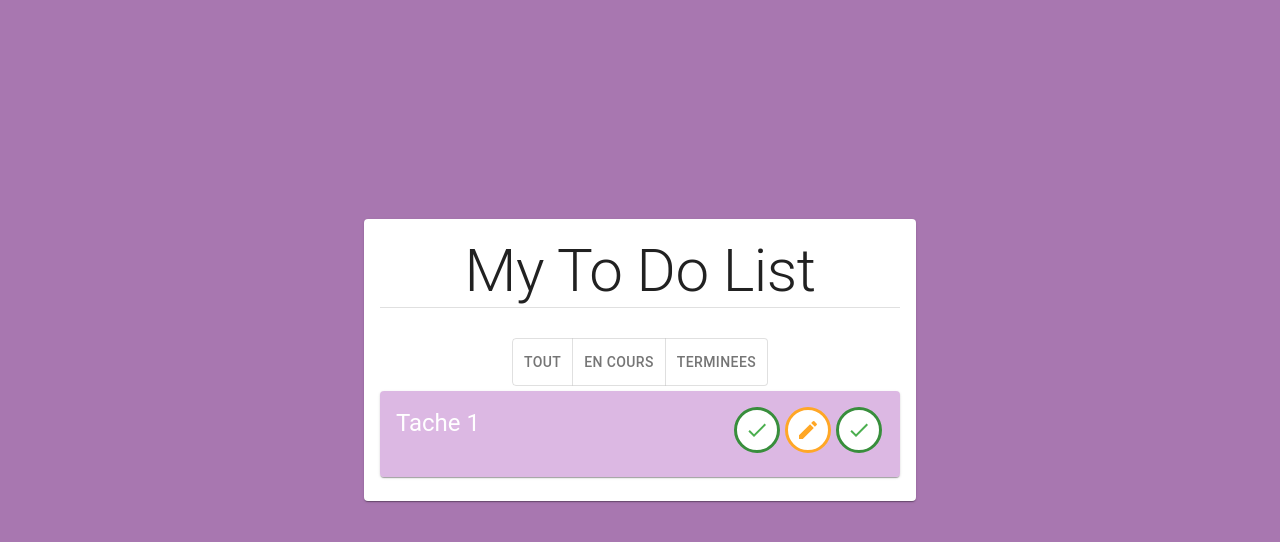
Repository: Fathiyasmine/Todo-list-project
Page: /
These files come from the project's save history. The page is drawn as it stood at one moment and after the next save; the edit follows.
The browser window is 1280 px wide. The pictures show the whole page.
The project was rebuilt for these pictures with package versions that can differ from the ones it lists, and the page was loaded fresh each time.

Above is the page before, as saved 2025-12-07 18:46:28.

After the next save:
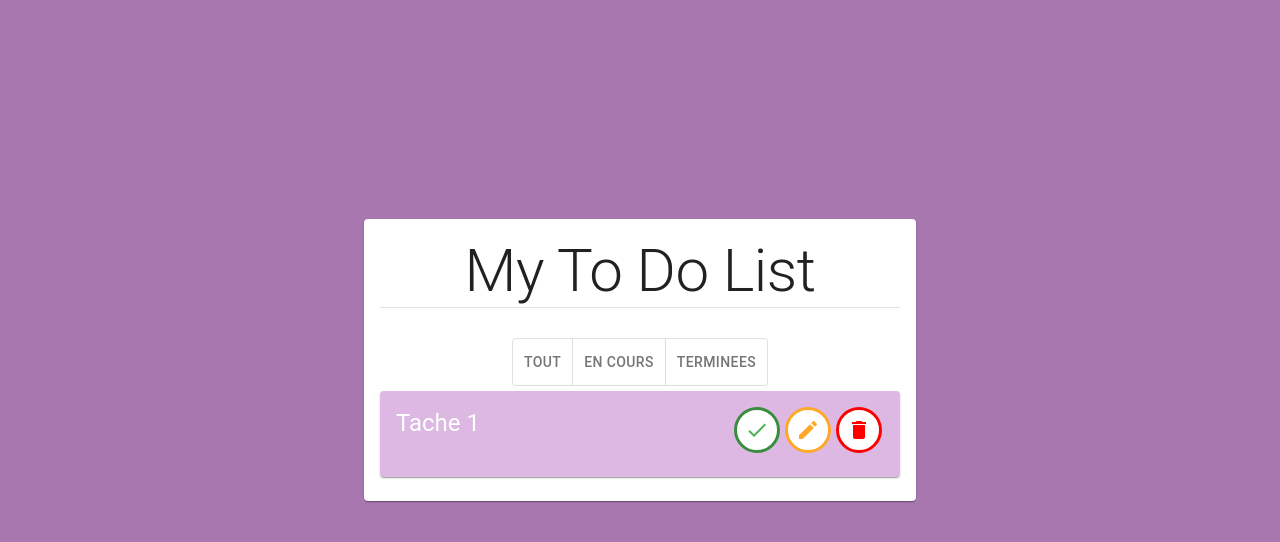
Saved 79 s later.
--- a/src/components/Todo.js
+++ b/src/components/Todo.js
@@ -2,6 +2,7 @@ import Card from "@mui/material/Card";
 import CardContent from "@mui/material/CardContent";
 import Typography from "@mui/material/Typography";
 import Grid from "@mui/material/Grid";
+//Icons:
 import CheckIcon from "@mui/icons-material/Check";
 import DeleteIcon from "@mui/icons-material/Delete";
 import EditIcon from "@mui/icons-material/Edit";
@@ -56,12 +57,12 @@ export default function Todo() {
                 disabled
                 color="primary"
                 style={{
-                  color: "#4CAF50",
+                  color: "red",
                   background: "white",
-                  border: "solid 3px #388E3C",
+                  border: "solid 3px red",
                 }}
               >
-                <CheckIcon />
+                <DeleteIcon />
               </IconButton>
             </Grid>
             {/*Action buttons */}
